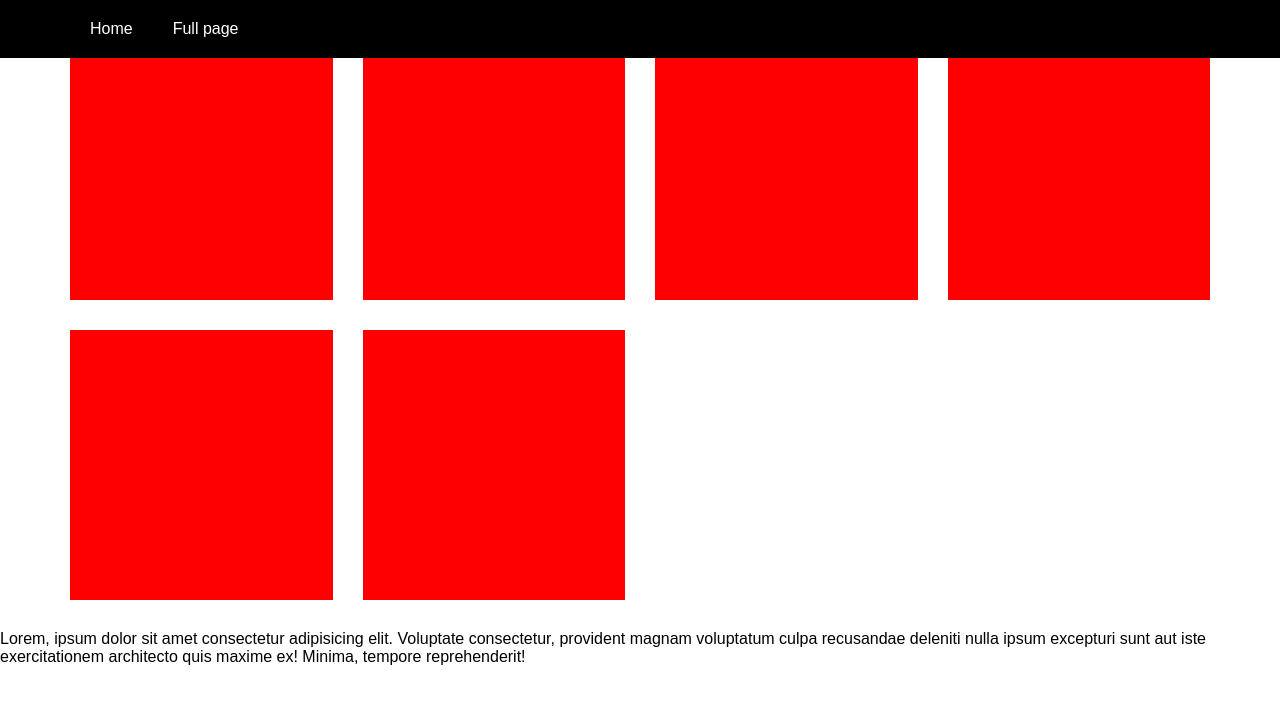
Repository: danilodscosta/CursoHTML
Page: aula1/aulascss.html
These files come from the project's save history. The page is drawn as it stood at one moment and after the next save; the edit follows.
The browser window is 1280 px wide. The pictures show the whole page.
The pointer rests on the first visible `.menu ul li a`.

Above is the page before, as saved 2024-01-17 17:27:13.

### aula1/aulascss.html
<!DOCTYPE html>
<html lang="pt-BR">

<head>
    <meta charset="utf-8">
    <meta name="viewport" content="width=device-width, inital-scale=1.0">
    <title>Aulas CSS</title>
    <link rel="stylesheet" href="assets/css/aulasstyle.css">
</head>



<body>
    <nav class="menu">
        <ul>
            <li><a href="#home">Home</a></li>
            <li><a href="#full-page">Full page</a></li>
        </ul>
    </nav>

    <div class="grid">
        <div class="col">
            <div class="col-content"></div>
        </div>
        <div class="col">
            <div class="col-content"></div>
        </div>
        <div class="col">
            <div class="col-content"></div>
        </div>
        <div class="col">
            <div class="col-content"></div>
        </div>
        <div class="col">
            <div class="col-content"></div>
        </div>
        <div class="col">
            <div class="col-content"></div>
        </div>
    </div>
    <section id="full-page" class="full-page">
        <p>Lorem, ipsum dolor sit amet consectetur adipisicing elit. Voluptate consectetur, provident magnam voluptatum culpa recusandae deleniti nulla ipsum excepturi sunt aut iste exercitationem architecto quis maxime ex! Minima, tempore reprehenderit!</p>
    </section>
</body>
</html>

### aula1/assets/css/aulasstyle.css
/*
ID Classes, atributos e pseudo-classes  Elementos e pseudo-elementos
*/

* {
    margin: 0;
    padding: 0;
    box-sizing: border-box;
}

body {
    font-family: sans-serif;
}

.grid {
    max-width: 1200px;
    padding: 15px;
    margin: 0 auto;
}

.grid:after {
    content: '';
    display: block;
    clear: both;
}

.grid .col {
    height: 300px;
    float: left;
    padding: 15px;
}

.grid .col-content {
    width: 100%;
    height: 100%;
    background: red;
}

.menu {
    position: fixed;
    background: black;
    width: 100%;
}

.menu ul {
    list-style: none;
    display: block;
    width: 1200px;
    padding: 0 30px;
    margin: 0 auto;
}

.menu ul li {
    float: left;
}

.menu ul li a {
    display: block;
    color: #fff;
    padding: 20px;
    text-decoration: none;
}

.menu ul li a:hover {
    display: block;
    color: #fff;
    padding: 20px;
    text-decoration: none;
}

@media all and (max-width: 568px) {
    .grid .col {
        width: 100%;
    }
}

@media all and (min-width: 569px) and (max-width: 768px) {
    .grid .col {
        width: 50%;
    }
}

@media all and (min-width: 769px) and (max-width: 1200px) {
    .grid .col {
        width: 33.33%;
    }
}

@media all and (min-width: 1201px) and (max-width: 2400px) {
    .grid .col {
        width: 25%;
    }
}

After the next save:
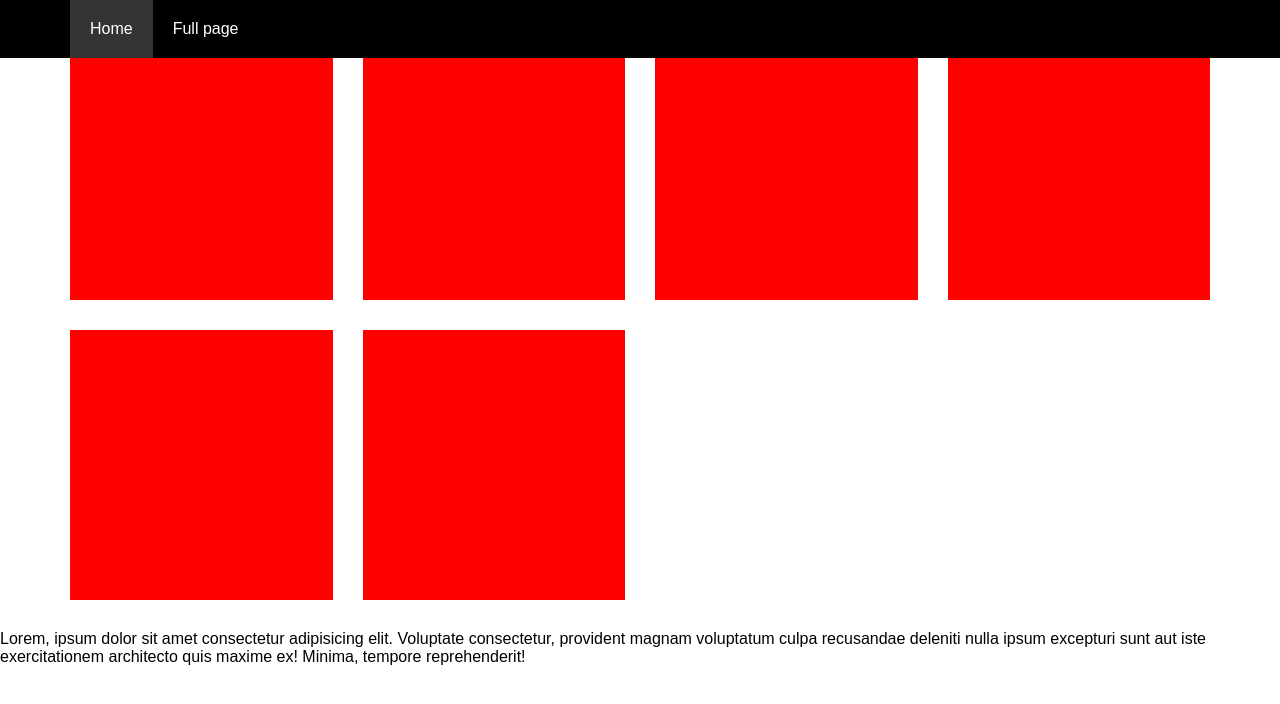
Saved 20 s later.
--- a/aula1/assets/css/aulasstyle.css
+++ b/aula1/assets/css/aulasstyle.css
@@ -62,10 +62,7 @@ body {
 }
 
 .menu ul li a:hover {
-    display: block;
-    color: #fff;
-    padding: 20px;
-    text-decoration: none;
+    background: #333;
 }
 
 @media all and (max-width: 568px) {
